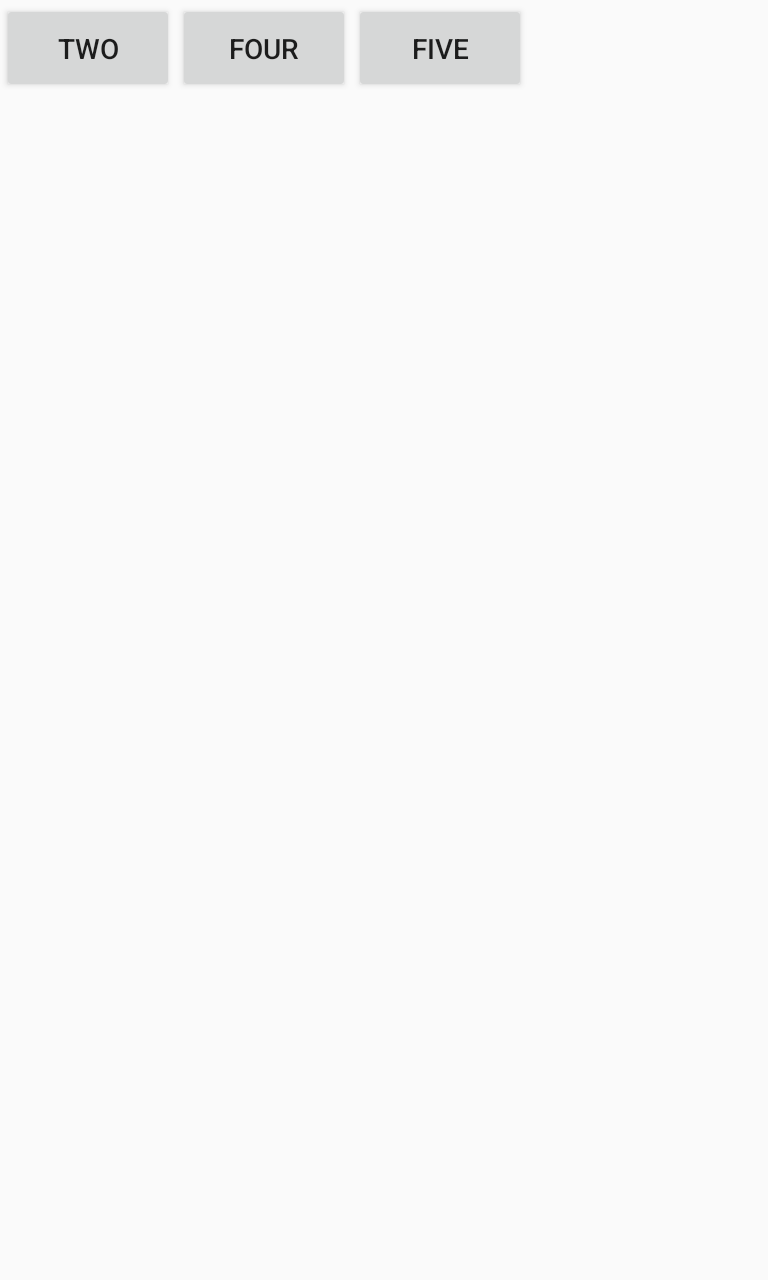
Repository: bingb89/Garbage
Layout: xml/table/res/layout/activity_main.xml
These files come from the project's save history. The layout is drawn as it stood at one moment and after a run of saves; the edit follows.
It is drawn on a 768 x 1280 px phone screen (xhdpi) without system bars, with theme AppTheme; the app's code is not run.

Above is the layout before, as saved 2015-12-25 01:50:43.

### xml/table/res/layout/activity_main.xml
<TableLayout xmlns:android="http://schemas.android.com/apk/res/android"
    android:id="@+id/TableLayout2"
    android:layout_width="fill_parent"
    android:layout_height="wrap_content"
    android:collapseColumns="0,2" >

    <TableRow>

        <Button
            android:id="@+id/bt1"
            android:layout_width="wrap_content"
            android:layout_height="wrap_content"
            android:text="@string/bt1" />

        <Button
            android:id="@+id/bt2"
            android:layout_width="wrap_content"
            android:layout_height="wrap_content"
            android:text="@string/bt2" />

        <Button
            android:id="@+id/bt3"
            android:layout_width="wrap_content"
            android:layout_height="wrap_content"
            android:text="@string/bt3" />

        <Button
            android:id="@+id/bt4"
            android:layout_width="wrap_content"
            android:layout_height="wrap_content"
            android:text="@string/bt4" />

        <Button
            android:id="@+id/bt5"
            android:layout_width="wrap_content"
            android:layout_height="wrap_content"
            android:text="@string/bt5" />
    </TableRow>

</TableLayout>

### xml/table/res/values/strings.xml
<?xml version="1.0" encoding="utf-8"?>
<resources>

    <string name="app_name">table</string>
    <string name="hello_world">Hello world!</string>
    <string name="action_settings">Settings</string>

    <string name="bt1">one</string>
    <string name="bt2">two</string>
    <string name="bt3">three</string>
    <string name="bt4">four</string>
    <string name="bt5">five</string>

</resources>

Loaded but not shown: xml/table/res/values/styles.xml (common file); xml/table/res/values-v11/styles.xml (common file); xml/table/res/values-v14/styles.xml (common file)

After the next 4 saves:
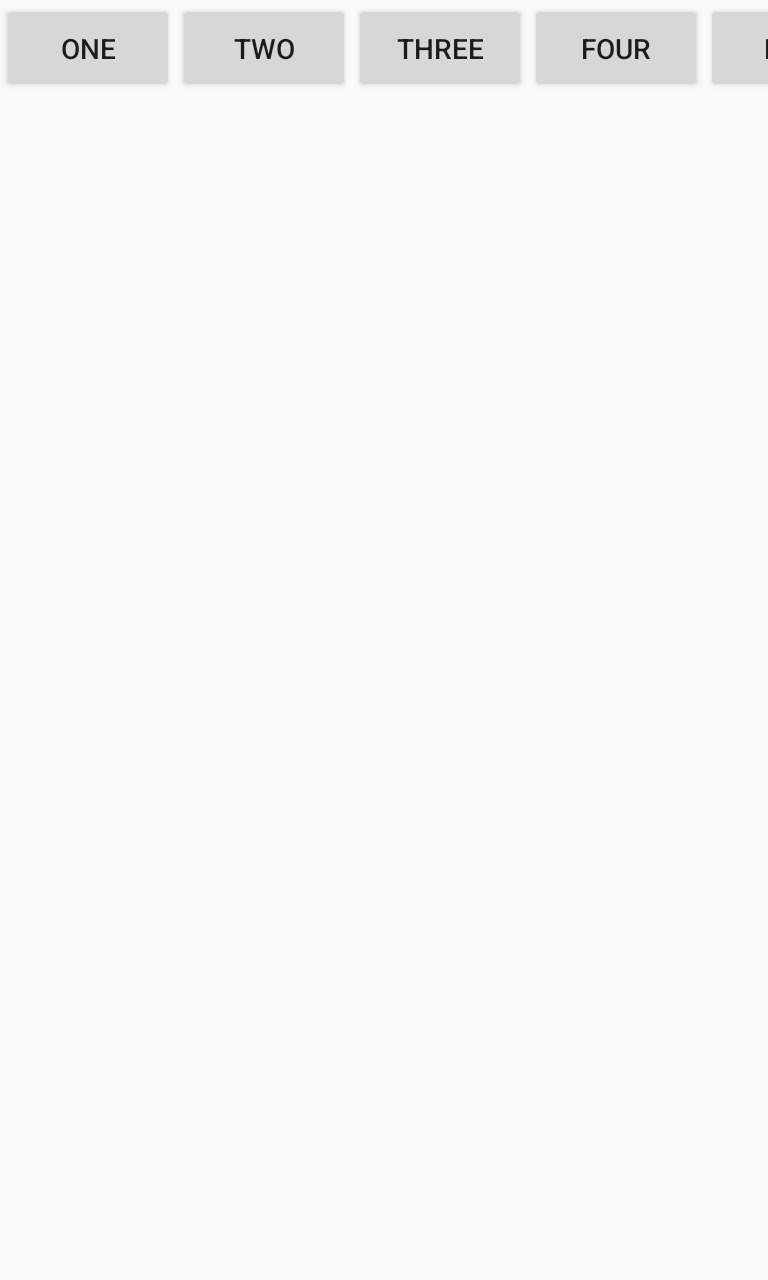
The 4 saves are shown as one change because 1 did not build or start and some came seconds apart.
The last was saved 3 min 16 s later.
--- a/xml/table/res/layout/activity_main.xml
+++ b/xml/table/res/layout/activity_main.xml
@@ -2,7 +2,8 @@
     android:id="@+id/TableLayout2"
     android:layout_width="fill_parent"
     android:layout_height="wrap_content"
-    android:collapseColumns="0,2" >
+    android:stretchColumns="1" >
+    <!-- android:collapseColumns="0,2" -->
 
     <TableRow>
 
